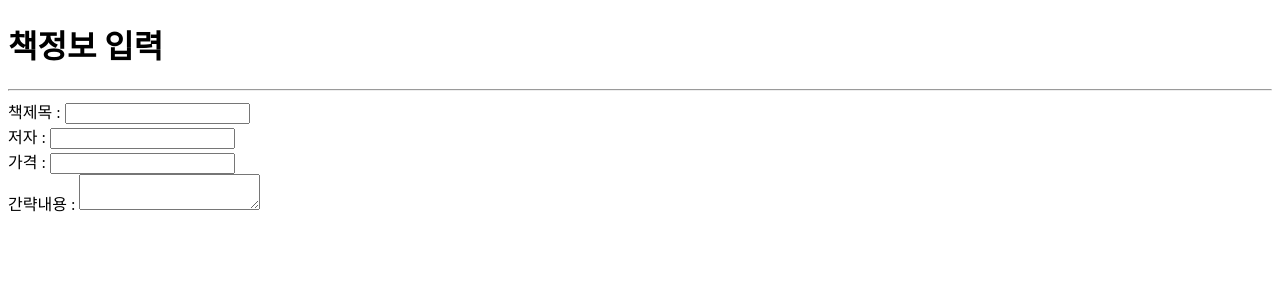
Repository: fhwang2/WEB
Page: 190710_JSP_withDB/WebContent/inputForm.html
An editor plug-in stored every save of this project. The page is shown before and after the next save, followed by the edit.
The browser window is 1280 px wide. The pictures show the whole page.

Above is the page before, as saved 2019-07-10 01:21:22.

After the next save:
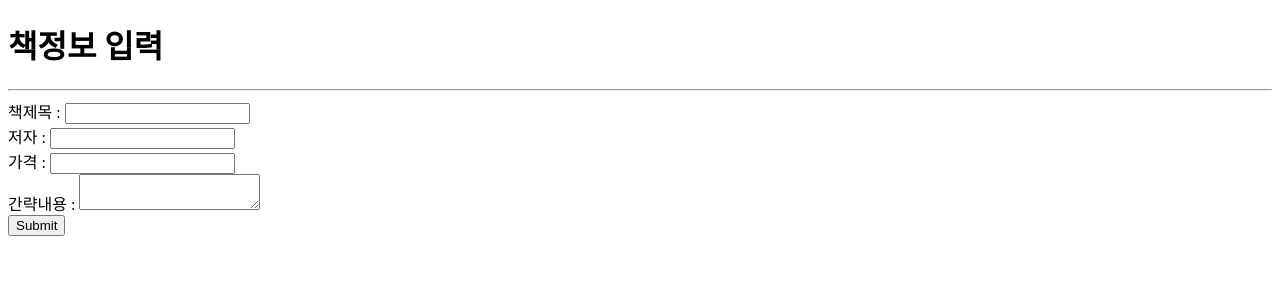
Saved 96 s later.
--- a/190710_JSP_withDB/WebContent/inputForm.html
+++ b/190710_JSP_withDB/WebContent/inputForm.html
@@ -12,6 +12,8 @@
 		저자 : <input type="text" name="author"><br>
 		가격 : <input type="text" name="price"><br>
 		간략내용 : <textarea rows="" cols=""></textarea> <!-- textarea 열고닫음 사이에 공백포함 아무것도 넣지 않도록 주의한다 -->
+		<br>
+		<input type="submit">
 
 	</form>
 </body>
